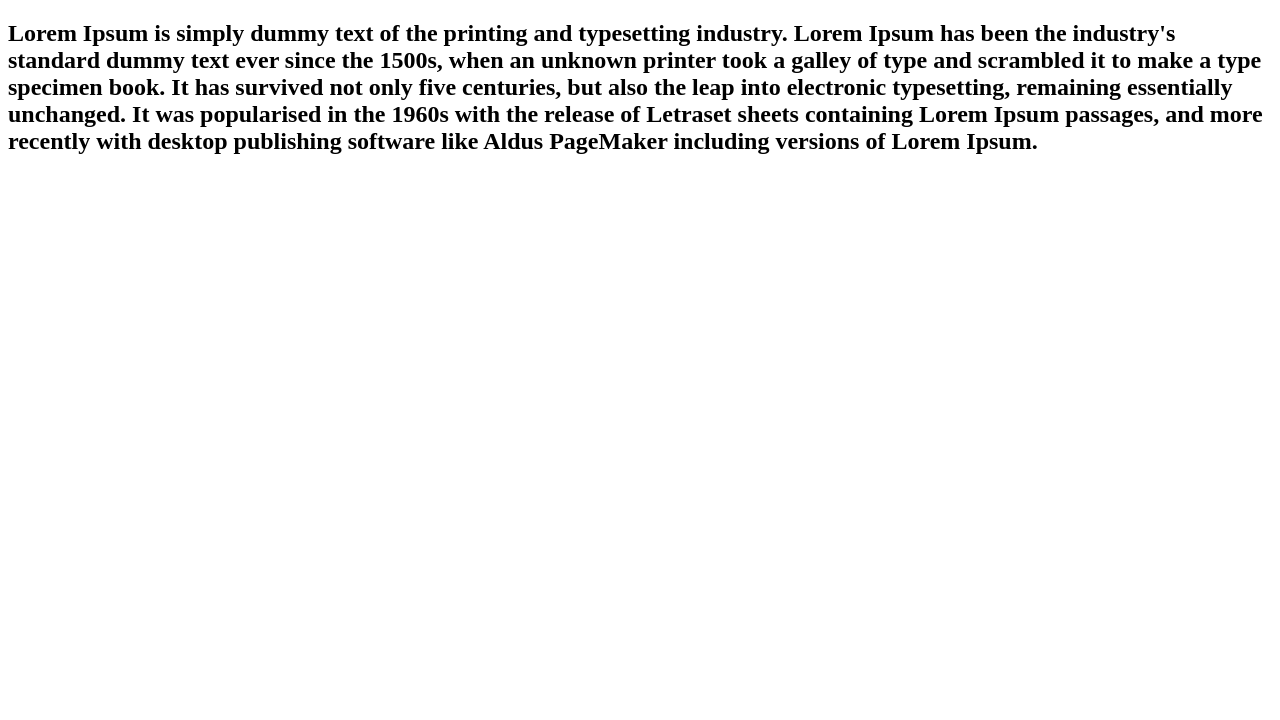
Repository: daeun0220/KB_EDU_JAVA
Page: work03_FrontUI/front02_CSS3/src/main/webapp/css07_background.html
These files come from the project's save history. The page is drawn as it stood at one moment and after the next save; the edit follows.
The browser window is 1280 px wide. The pictures show the whole page.

Above is the page before, as saved 2023-08-08 02:14:27.

### work03_FrontUI/front02_CSS3/src/main/webapp/css07_background.html
<!DOCTYPE html>
<!--
이미지 2개 겹쳐서 배경이미지로 지정하기
이미지 위에 글자 겹쳐서 사용할때 많이 사용함
 -->
<html>
<head>
<meta charset="UTF-8">
<title>Insert title here</title>
<style>
body {
	background-color: url("./img/BackgroundFront.png"), url("./img/BackgroundBack.png");
}
</style>
</head>
<body>
<h2>Lorem Ipsum is simply dummy text of the printing and typesetting industry. Lorem Ipsum has been the industry's standard dummy text ever since the 1500s, when an unknown printer took a galley of type and scrambled it to make a type specimen book. It has survived not only five centuries, but also the leap into electronic typesetting, remaining essentially unchanged. It was popularised in the 1960s with the release of Letraset sheets containing Lorem Ipsum passages, and more recently with desktop publishing software like Aldus PageMaker including versions of Lorem Ipsum.</h2>
</body>
</html>

After the next save:
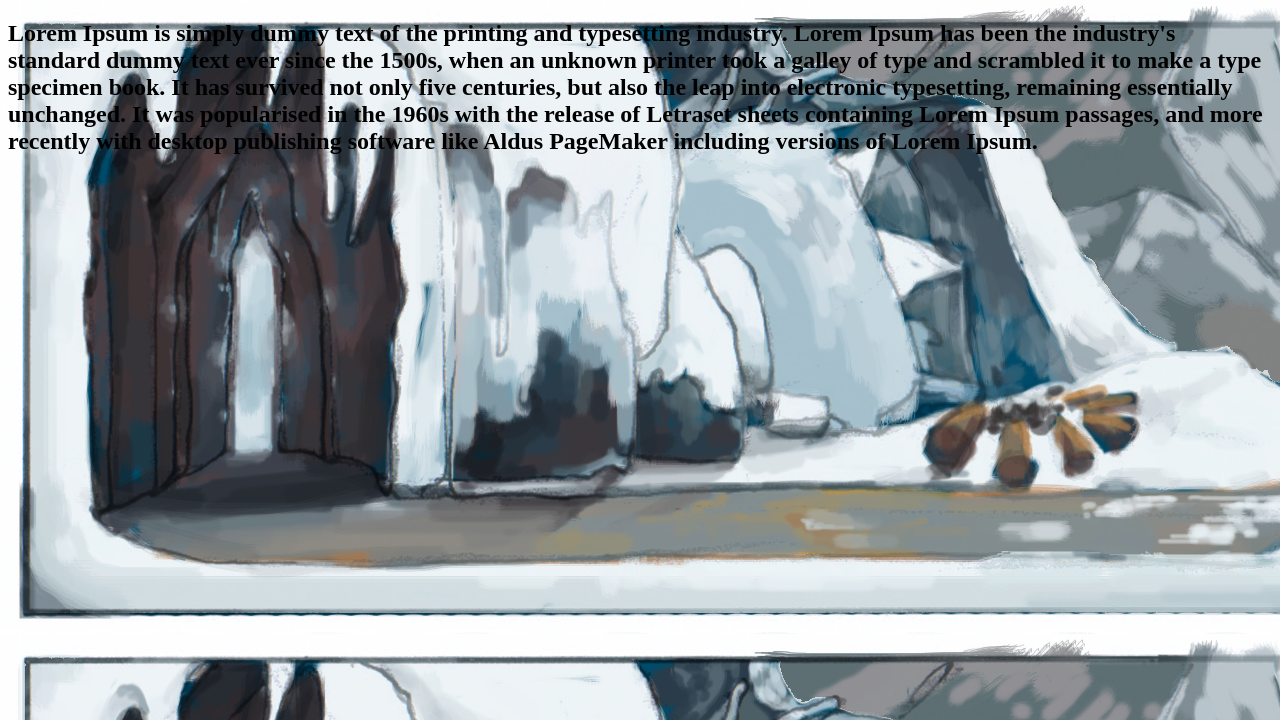
Saved 25 s later.
--- a/work03_FrontUI/front02_CSS3/src/main/webapp/css07_background.html
+++ b/work03_FrontUI/front02_CSS3/src/main/webapp/css07_background.html
@@ -9,7 +9,7 @@
 <title>Insert title here</title>
 <style>
 body {
-	background-color: url("./img/BackgroundFront.png"), url("./img/BackgroundBack.png");
+	background-image: url("./img/BackgroundFront.png"), url("./img/BackgroundBack.png");
 }
 </style>
 </head>
